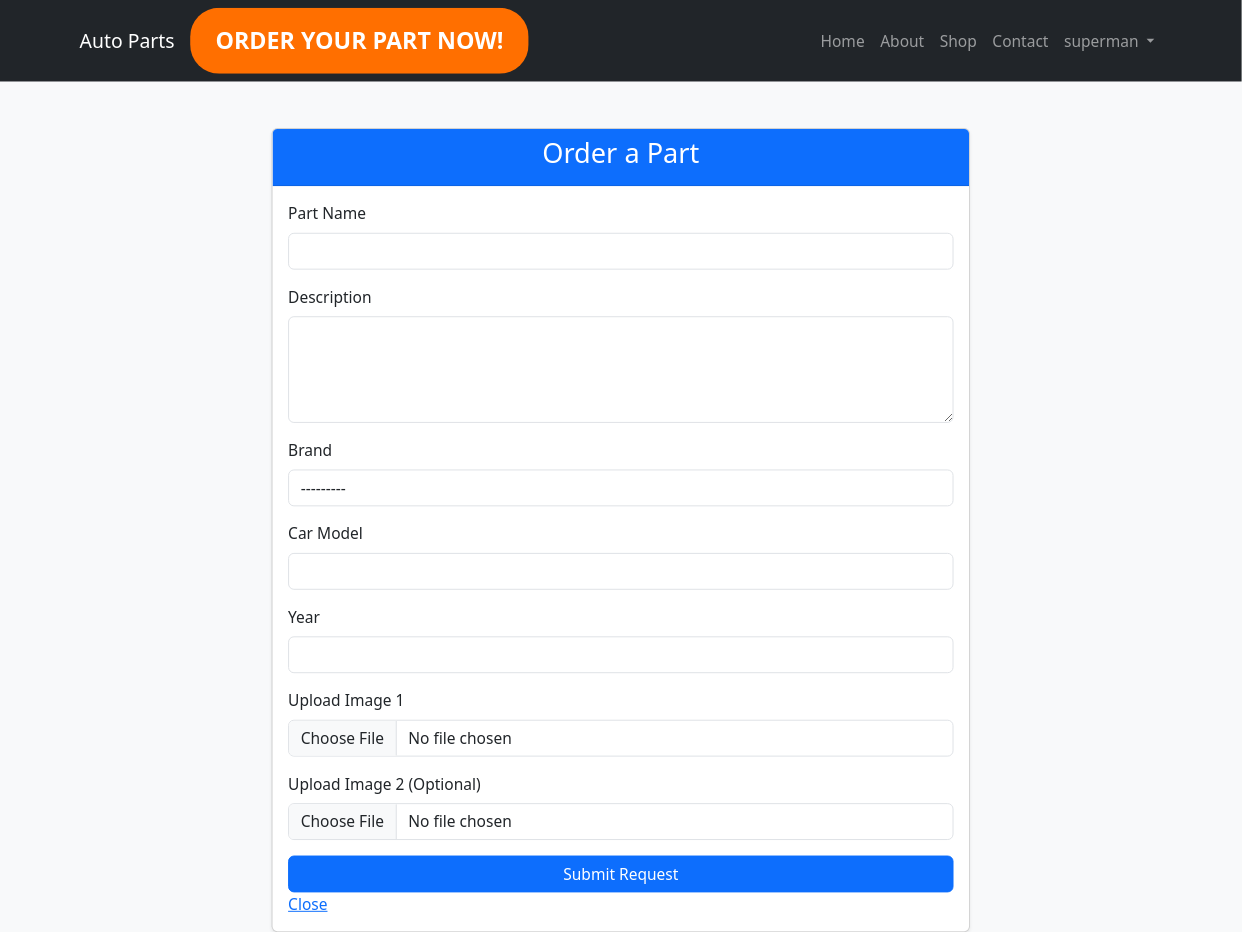
Repository: Jijiluzana225/onlineparts
Page: http://localhost/order/
The author's editor kept a copy of each file at every save. The page is drawn from the files as they stood at one save, then again after the next save.
The browser window is 1280 px wide. The pictures show the whole page, at 97% of full size.
The page is served by the project's application, run on Django 5.2 (manage.py). The first stored user is signed in. The page reads the database file committed with the project.

Above is the page before, as saved 2025-02-19 13:33:26.

After the next save:
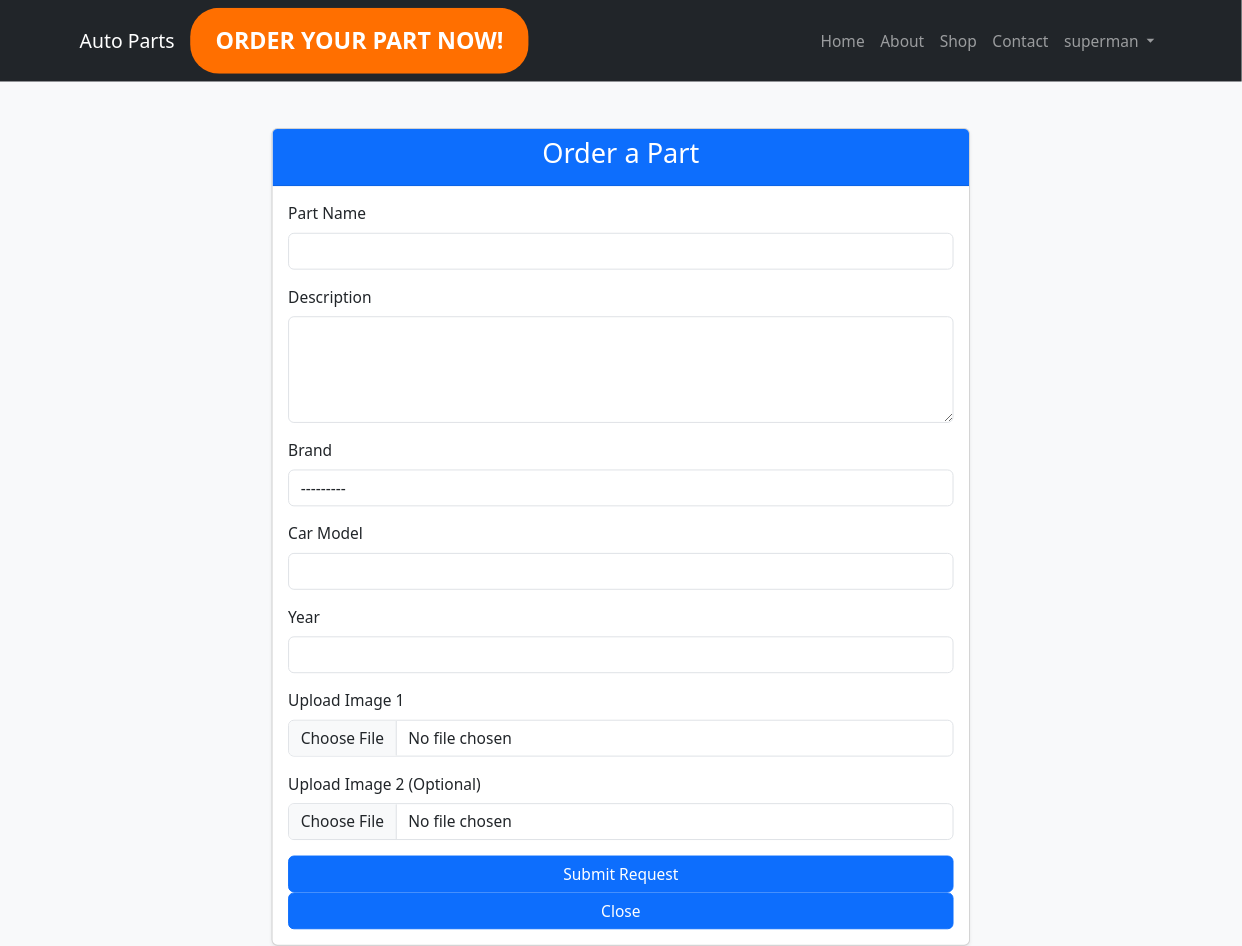
Saved 39 s later.
--- a/orders/templates/orders/order_part.html
+++ b/orders/templates/orders/order_part.html
@@ -49,7 +49,8 @@
                         </div>
 
                         <button type="submit" class="btn btn-primary w-100">Submit Request</button>
-                        <a class="button" href="{% url 'home' %}">Close</a>
+                        <button type="submit" class="btn btn-primary w-100" href="{% url 'home' %}">Close</button>
+
                     </form>
                 </div>
             </div>
